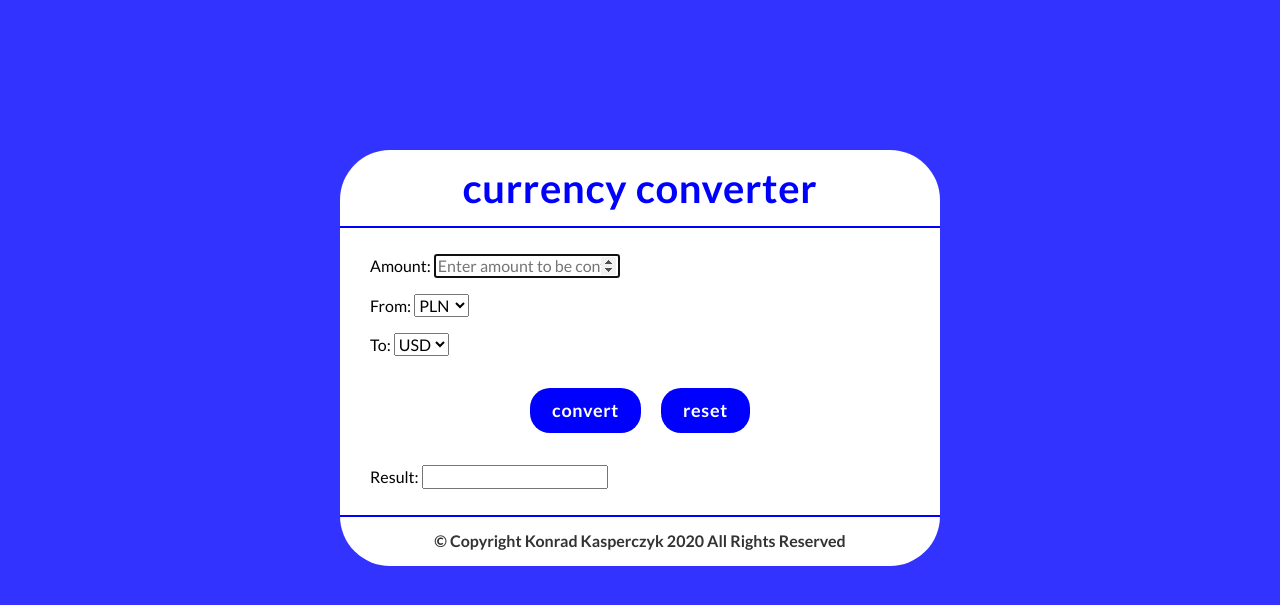
Repository: kkasperczyk/currency-converter
Page: index.html
The author's editor kept a copy of each file at every save. The page is drawn from the files as they stood at one save, then again after a run of saves.
The browser window is 1280 px wide. The pictures show the whole page.

Above is the page before, as saved 2020-06-16 13:20:11.

### index.html
<!DOCTYPE html>
<html lang="en">

<head>
    <meta charset="UTF-8">
    <meta name="viewport" content="width=device-width, initial-scale=1.0">
    <link rel="stylesheet" href="https://cdnjs.cloudflare.com/ajax/libs/normalize/8.0.1/normalize.min.css"
        integrity="sha256-l85OmPOjvil/SOvVt3HnSSjzF1TUMyT9eV0c2BzEGzU=" crossorigin="anonymous" />
    <link rel="stylesheet" href="css/global.css">
    <link rel="stylesheet" href="css/container.css">
    <link rel="stylesheet" href="css/header.css">
    <link rel="stylesheet" href="css/main.css">
    <link rel="stylesheet" href="css/form.css">
    <link rel="stylesheet" href="css/footer.css">
    <script defer src="js/script.js"></script>
    <link href="https://fonts.googleapis.com/css2?family=Lato:ital,wght@0,400;0,700;1,400&display=swap"
        rel="stylesheet">
    <title>Currency Converter</title>
</head>

<body>
    <div class="container">
        <header class="header">
            <h1 class="header__title">Currency Converter
        </header>
        <main class="main">
            <form class="form js-form">
                <p>
                    <label>
                        <span class="form__labelText">Amount:</span>
                        <input class="form__amount js-form__amount" type="number" name="amount" min="1" step="any"
                            required placeholder="Enter amount to be converted">
                    </label>
                </p>
                <p>
                    <label>
                        <span class="form__labelText">From:</span>
                        <select class="js-convertFrom" required>
                            <option value="pln">PLN</option>
                            <option value="usd">USD</option>
                            <option value="gbp">GBP</option>
                            <option value="eur">EUR</option>
                            <option value="chf">CHF</option>
                        </select>
                    </label>
                </p>
                <p>
                    <label>
                        <span class="form__labelText">To:</span>
                        <select class="js-convertTo" required>
                            <option value="pln">PLN</option>
                            <option value="usd" selected>USD</option>
                            <option value="gbp">GBP</option>
                            <option value="eur">EUR</option>
                            <option value="chf">CHF</option>
                        </select>
                    </label>
                </p>
                <div class="form__buttons">
                    <p>
                        <button class="form__button js-form__button">Convert</button>
                    </p>
                    <p>
                        <button class="form__button" type="reset">Reset</button>
                    </p>
                </div>
                <p class="form__resultParagraph">
                    <label>
                        Result:
                        <input class="js-convertedValue" type="number" readonly>
                    </label>
                </p>
            </form>
        </main>
        <footer class="footer">
            <span>&copy Copyright Konrad Kasperczyk 2020 All Rights Reserved</span>
        </footer>
    </div>
</body>

</html>

### css/global.css
html {
  box-sizing: border-box;
}

*,
::after,
::before {
  box-sizing: inherit;
}

body {
  font-family: "Lato", sans-serif;
  background-color: hsl(240, 100%, 60%);
  padding: 0 10px;
}

### css/container.css
.container {
    max-width: 600px;
    margin: 0 auto;
    background-color: white;
    border-radius: 50px;
    margin-top: 150px;
}

### css/header.css
.header {
    text-align: center;
    border-bottom: 2px solid hsl(240, 100%, 50%);
}

.header__title {
    color: hsl(240, 100%, 50%);
    padding: 15px;
    font-size: 40px;
    letter-spacing: 0.7px;
    margin: 0;
    text-transform: lowercase;
}

### css/main.css
.main {
    background-color: white;
    padding: 10px 30px;
}

### css/form.css
.form__labelText {
    display: inline-block;
}

.form__buttons {
    display: flex;
    justify-content: center;
}

.form__button {
    margin: 0 10px;
    background-color: hsl(240, 100%, 50%);
    color: white;
    padding: 10px 20px;
    text-transform: lowercase;
    font-size: 18px;
    font-weight: bold;
    letter-spacing: 0.7px;
    border: 2px solid transparent;
    border-radius: 20px;
}

.form__button:hover {
    background-color: white;
    color: hsl(240, 100%, 50%);
    border: 2px solid hsl(240, 100%, 50%);
    cursor: pointer;
}

### css/footer.css
.footer {
    text-align: center;
    border-top: 2px solid hsl(240, 100%, 50%);
    color: #333;
    font-weight: bold;
    padding: 15px;
}

### js/script.js
console.log("Hi all developers! Nice to see you here.");

let amountField = document.querySelector(".js-form__amount");
let convertFromField = document.querySelector(".js-convertFrom");
let convertToField = document.querySelector(".js-convertTo");
let convertedValueField = document.querySelector(".js-convertedValue");
let submitButton = document.querySelector(".js-form__button");
let form = document.querySelector(".js-form");

amountField.focus();

form.addEventListener("submit", (event) => {
  event.preventDefault();

  let amount = amountField.value;
  let convertFrom = convertFromField.value;
  let convertTo = convertToField.value;
  let result;

  console.log(amount, convertFrom, convertTo);

  switch (convertFrom) {
    case "pln":
      switch (convertTo) {
        case "pln":
          result = amount * 1;
          convertedValueField.value = result.toFixed(2);
          break;
        case "eur":
          result = amount / 4.4278;
          convertedValueField.value = result.toFixed(2);
          break;
        case "usd":
          result = amount / 3.9058;
          convertedValueField.value = result.toFixed(2);
          break;
        case "gbp":
          result = amount / 4.9384;
          convertedValueField.value = result.toFixed(2);
          break;
        case "chf":
          result = amount / 4.1187;
          convertedValueField.value = result.toFixed(2);
          break;
      }
      break;
    case "eur":
      switch (convertTo) {
        case "pln":
          result = amount * 4.4278;
          convertedValueField.value = result.toFixed(2);
          break;
        case "eur":
          result = amount * 1;
          convertedValueField.value = result.toFixed(2);
          break;
        case "usd":
          result = amount * 1.1336;
          convertedValueField.value = result.toFixed(2);
          break;
        case "gbp":
          result = amount * 0.8966;
          convertedValueField.value = result.toFixed(2);
          break;
        case "chf":
          result = amount * 1.075;
          convertedValueField.value = result.toFixed(2);
          break;
      }
      break;
    case "usd":
      switch (convertTo) {
        case "pln":
          result = amount * 3.9058;
          convertedValueField.value = result.toFixed(2);
          break;
        case "eur":
          result = amount * 0.8821;
          convertedValueField.value = result.toFixed(2);
          break;
        case "usd":
          result = amount * 1;
          convertedValueField.value = result.toFixed(2);
          break;
        case "gbp":
          result = amount * 0.7909;
          convertedValueField.value = result.toFixed(2);
          break;
        case "chf":
          result = amount * 0.9483;
          convertedValueField.value = result.toFixed(2);
          break;
      }
      break;
    case "gbp":
      switch (convertTo) {
        case "pln":
          result = amount * 4.9384;
          convertedValueField.value = result.toFixed(2);
          break;
        case "eur":
          result = amount * 1.1153;
          convertedValueField.value = result.toFixed(2);
          break;
        case "usd":
          result = amount * 1.2644;
          convertedValueField.value = result.toFixed(2);
          break;
        case "gbp":
          result = amount * 1;
          convertedValueField.value = result.toFixed(2);
          break;
        case "chf":
          result = amount * 1.199;
          convertedValueField.value = result.toFixed(2);
          break;
      }
      break;
    case "chf":
      switch (convertTo) {
        case "pln":
          result = amount * 4.1187;
          convertedValueField.value = result.toFixed(2);
          break;
        case "eur":
          result = amount * 0.9302;
          convertedValueField.value = result.toFixed(2);
          break;
        case "usd":
          result = amount * 1.0545;
          convertedValueField.value = result.toFixed(2);
          break;
        case "gbp":
          result = amount * 0.834;
          convertedValueField.value = result.toFixed(2);
          break;
        case "chf":
          result = amount * 1;
          convertedValueField.value = result.toFixed(2);
          break;
      }
      break;
  }
});

After the next 3 saves:
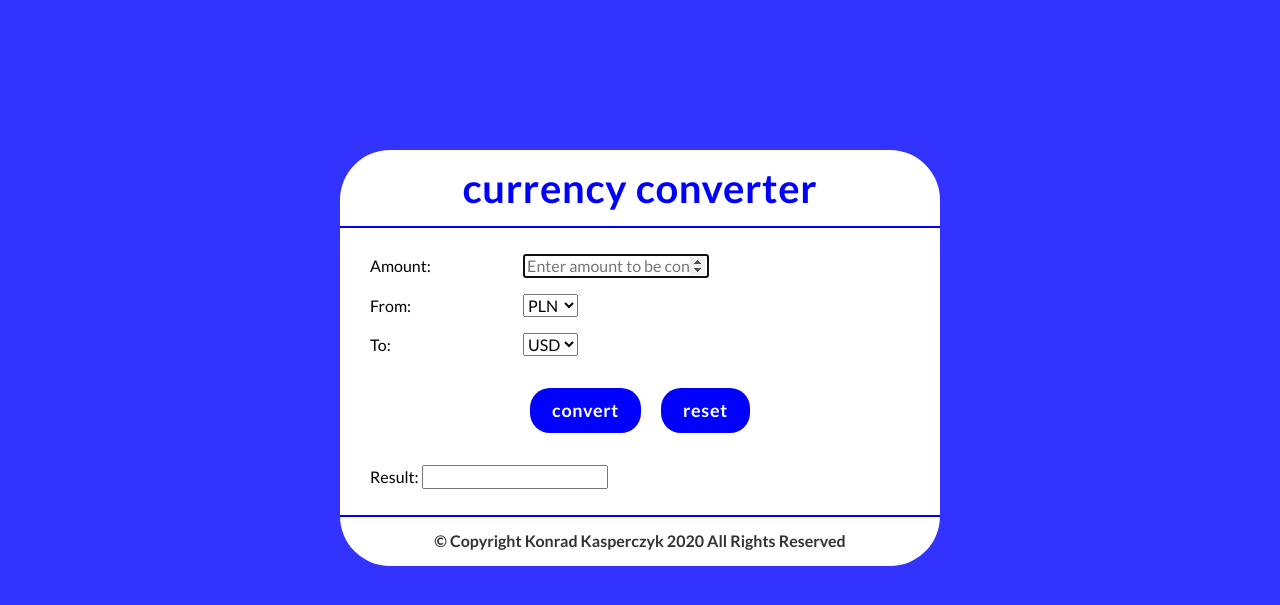
The 3 saves are shown as one change because they came seconds apart.
The last was saved 11 s later.
--- a/css/form.css
+++ b/css/form.css
@@ -1,5 +1,6 @@
 .form__labelText {
     display: inline-block;
+    width: 150px;
 }
 
 .form__buttons {
